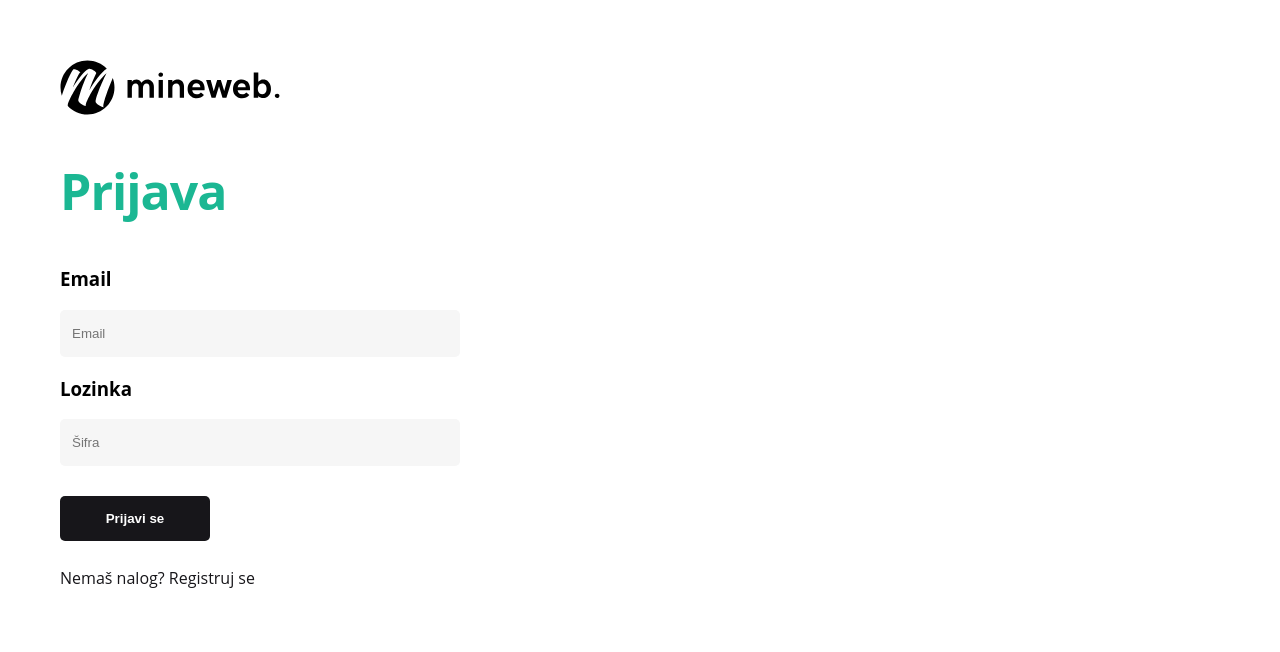
Repository: mihailomitrovic/taskmanager
Page: http://localhost/stranice/prijava.php
These files come from the project's save history. The page is drawn as it stood at one moment and after the next save; the edit follows.
The browser window is 1280 px wide. The pictures show the whole page.
The page is run by PHP 8.4 with error messages shown; the project is at /var/www/html/.

Above is the page before, as saved 2023-04-20 12:34:10.

After the next save:
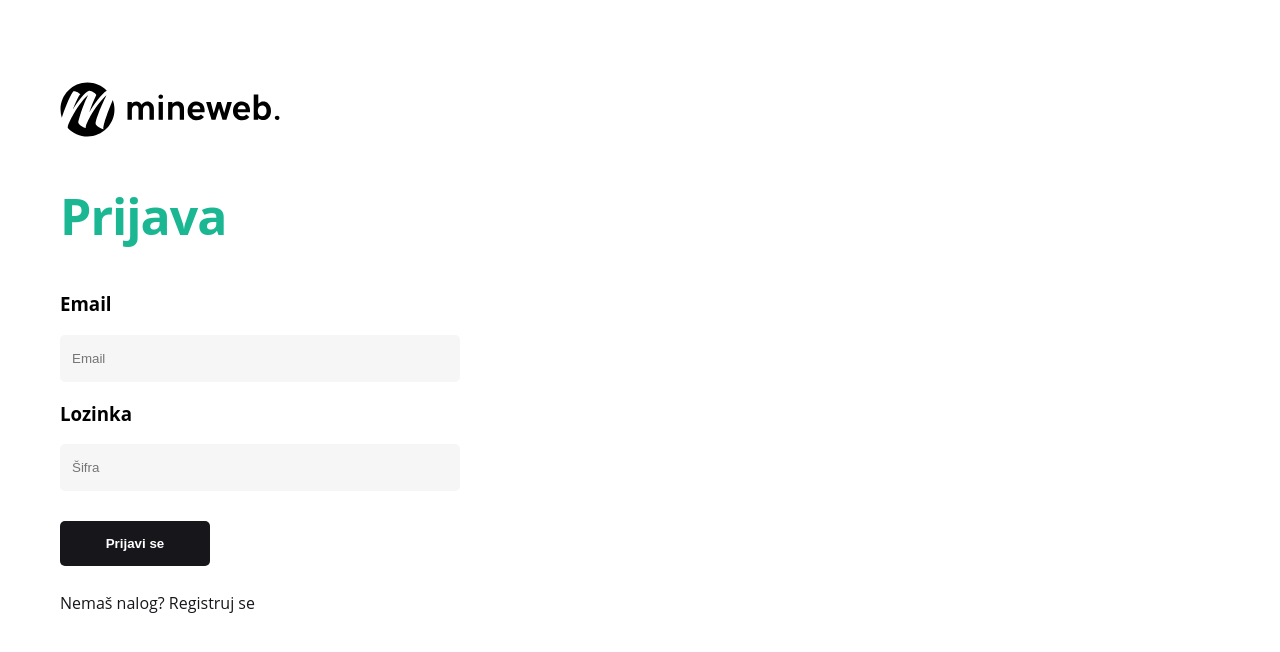
Saved 49 s later.
--- a/stranice/prijava.php
+++ b/stranice/prijava.php
@@ -40,7 +40,7 @@
 <body>
     <div id="content">
         <div id = "logocontainer_reg">
-            <img src="../slike/logo.svg" id="logo">
+            <a href="pocetna.php"><img src="../slike/logo.svg" id="logo"></a>
         </div>
 
         <h2 id="crvena">Prijava</h2>

After the save that followed:
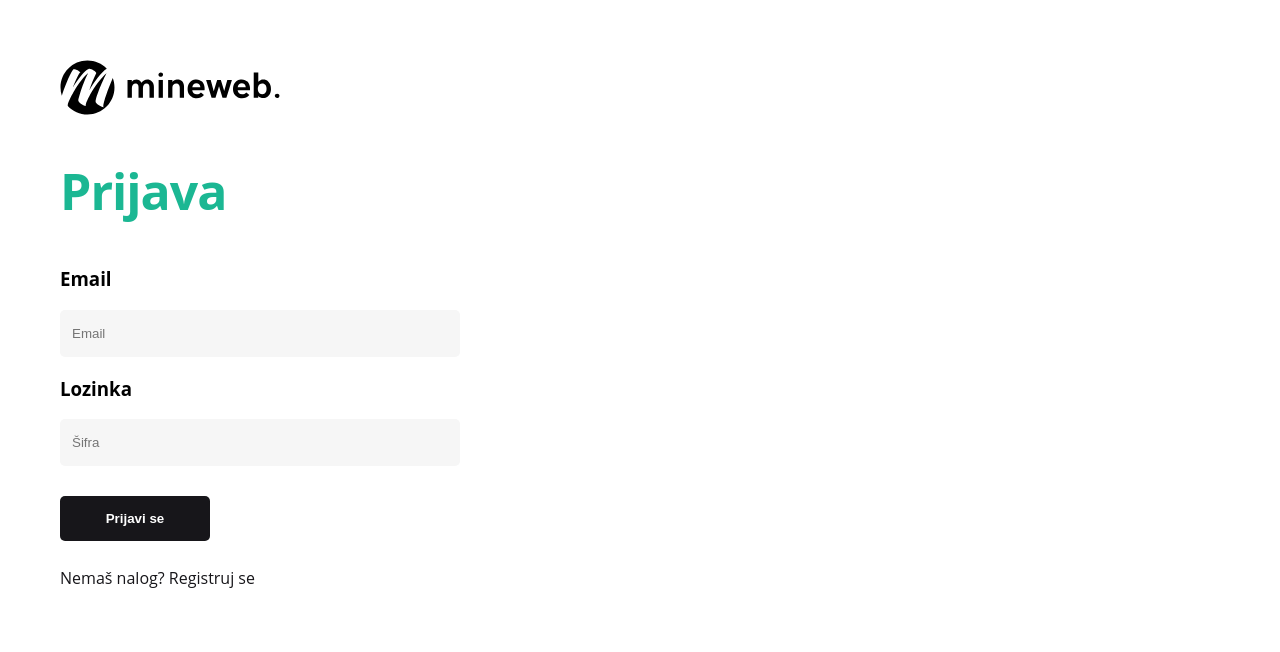
Saved 17 s later.
--- a/stranice/prijava.php
+++ b/stranice/prijava.php
@@ -40,7 +40,7 @@
 <body>
     <div id="content">
         <div id = "logocontainer_reg">
-            <a href="pocetna.php"><img src="../slike/logo.svg" id="logo"></a>
+            <img src="../slike/logo.svg" id="logo">
         </div>
 
         <h2 id="crvena">Prijava</h2>
